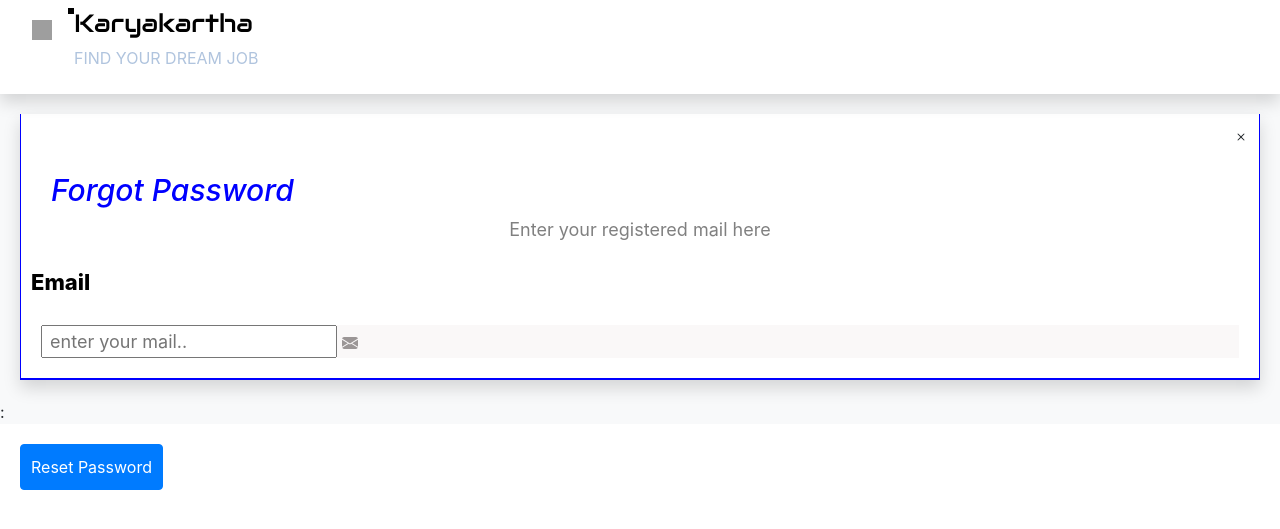
Repository: siri548/Karyakartha
Page: forgotPage.html
The author's editor kept a copy of each file at every save. The page is drawn from the files as they stood at one save, then again after the next save.
The browser window is 1280 px wide. The pictures show the whole page.
Pictures or frames that could not be fetched are drawn as grey boxes.

Above is the page before, as saved 2023-11-04 18:12:12.
Console error (its wording comes from the project's code and is left out).

After the next save:
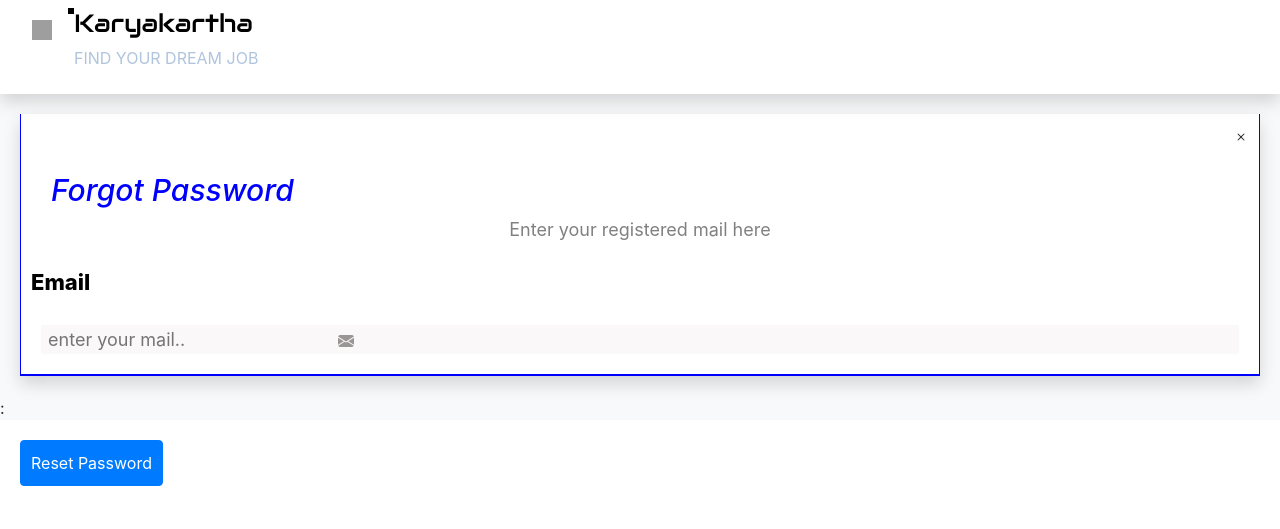
Saved 13 s later.
--- a/forgotPage.html
+++ b/forgotPage.html
@@ -66,7 +66,7 @@
                 <h1 class="forgotPage-emailHeading ">Email</h1>
             </div>
             <div class="forgotPage-inputContainer ">
-                <input type="text" placeholder=" enter your mail.. " class="">
+                <input type="text" placeholder=" enter your mail.. " class="forgotPage-input">
 
 
 
